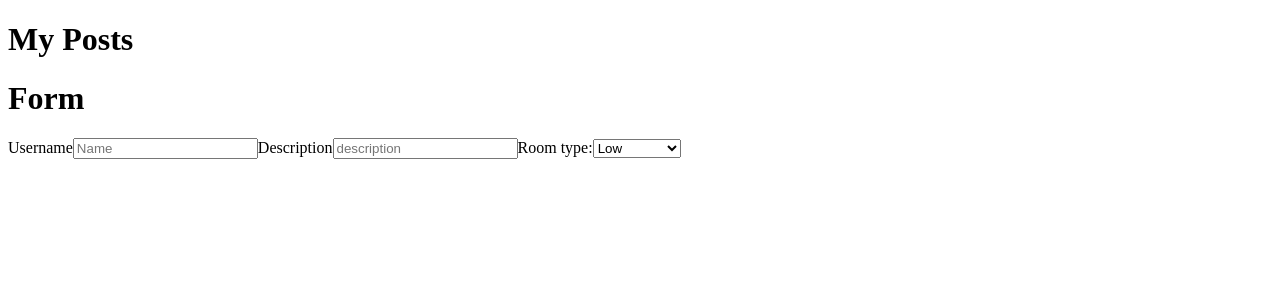
Repository: Ricka001/react-guestbook
Page: / (app in client/)
These files come from the project's save history. The page is drawn as it stood at one moment and after the next save; the edit follows.
The browser window is 1280 px wide. The pictures show the whole page.
The project was rebuilt for these pictures with package versions that can differ from the ones it lists, and the page was loaded fresh each time. Also part of the build but not shown: client/vite.config.js.

Above is the page before, as saved 2024-10-14 06:34:47.

### client/index.html
<!doctype html>
<html lang="en">

<head>
  <meta charset="UTF-8" />
  <link rel="icon" type="image/svg+xml" href="/vite.svg" />
  <meta name="viewport" content="width=device-width, initial-scale=1.0" />
  <title>Form</title>
</head>

<body>
  <div id="root"></div>
  <script type="module" src="/src/main.jsx"></script>
</body>

</html>

### client/src/main.jsx
import { StrictMode } from "react";
import { createRoot } from "react-dom/client";
import Form from "./pages/FormPage.jsx";
import App from "./App.jsx";
//we need a routing provider in here
createRoot(document.getElementById("root")).render(
  <StrictMode>
    <App />
    <Form />
  </StrictMode>
);

### client/src/pages/FormPage.jsx
export default function Form() {
  //used StackOverflow for help
  return (
    <div>
      <h1>Form</h1>
      <form>
        <label htmlFor="username">Username</label>
        <input
          type="text"
          id="username"
          name="username"
          placeholder="Name"
          required
        />
        <label htmlFor="description">Description</label>
        <input
          type="text"
          id="description"
          name="description"
          placeholder="description"
          required
        />
        <label>
          Room type:
          <select>
            <option value="low">Low</option>
            <option value="moderate">Moderate</option>
            <option value="substantial">Substantial</option>
            <option value="critical">Critical</option>
          </select>
        </label>
      </form>
    </div>
  );
}

### client/src/App.jsx
//Here I will fetch the posts from the server (get endpoint), which is getting the posts from the db
export default function PostsPage() {
  //we need useState to save the fetched data
  //we need useEffect to fetch the data
  //useEffect()
  //we need a function to fetchData(){
  //fetch("url")
  //parse the data into json
  //console log your dat, so you can see what it looks like
  //you might have to wrangle data, depending on what your data looks like
  //set your state variable to be the fetched data
  //setState(fetchedData)
  //!Once you have finished your app and your deployment is ready, replace your local host urls with the Render urls
  // }
  return (
    <>
      <h1>My Posts</h1>
      {/* I need to render my posts in here */}
      {/* A suggestion: use some conditional rendering in here too */}
    </>
  );
}

After the next save:
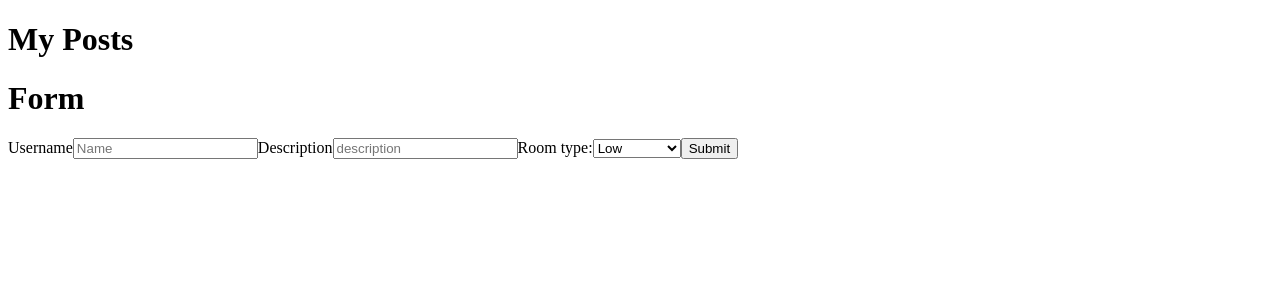
Saved 2 min 32 s later.
--- a/client/src/pages/FormPage.jsx
+++ b/client/src/pages/FormPage.jsx
@@ -29,6 +29,7 @@ export default function Form() {
             <option value="critical">Critical</option>
           </select>
         </label>
+        <button type="submit">Submit</button>
       </form>
     </div>
   );
